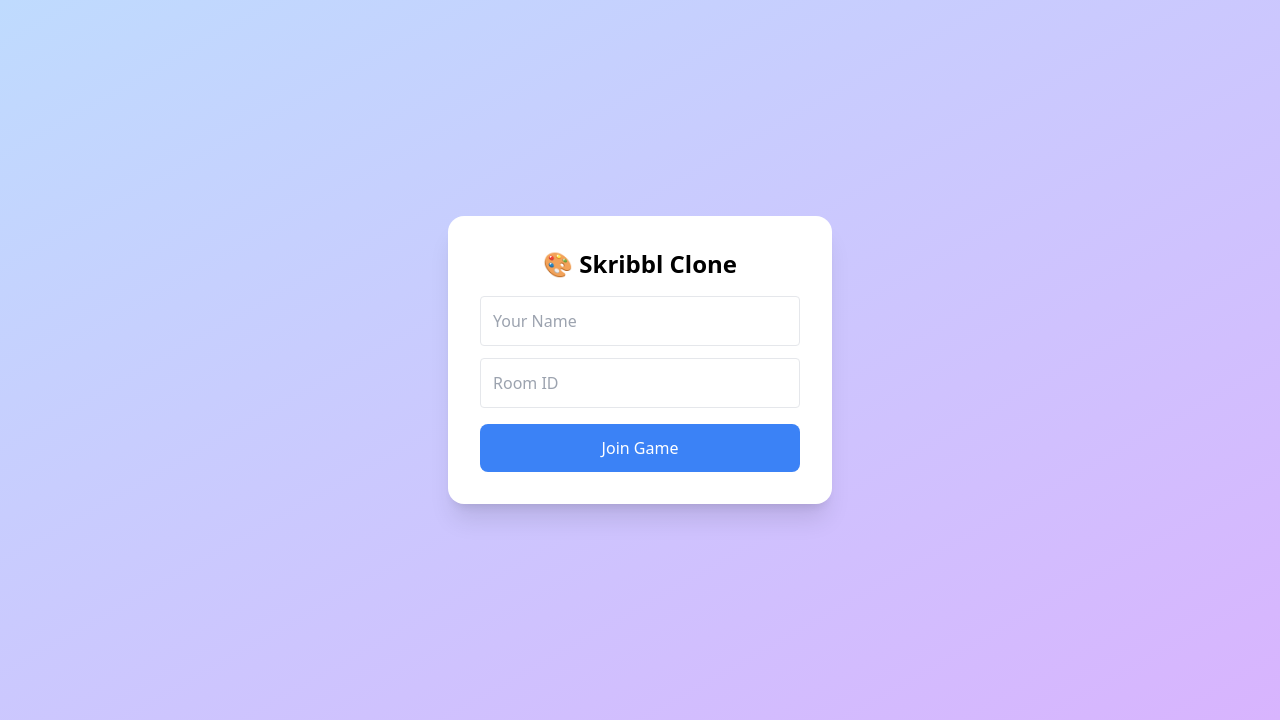
Repository: arpit-925/skibble.io
Page: / (app in client/)
An editor plug-in stored every save of this project. The page is shown before and after the next save, followed by the edit.
The browser window is 1280 px wide. The pictures show the whole page.
The page's requests for data from a server got no answer. The project was rebuilt for these pictures with package versions that can differ from the ones it lists, and the page was loaded fresh each time. No one was signed in, and anything a server would have sent is missing. Also part of the build but not shown: client/vite.config.js, client/src/components/Toolbar.jsx, client/src/components/Canvas.jsx, client/src/components/Chat.jsx, client/src/components/Scoreboard.jsx, client/src/components/Lobby.jsx, client/src/pages/Room.jsx, client/src/components/PlayerList.jsx.

Above is the page before, as saved 2026-04-14 10:23:00.

### client/index.html
<!doctype html>
<html lang="en">
  <head>
    <meta charset="UTF-8" />
    <link rel="icon" type="image/svg+xml" href="/favicon.svg" />
    <meta name="viewport" content="width=device-width, initial-scale=1.0" />
    <title>client</title>
  </head>
  <body>
    <div id="root"></div>
    <script type="module" src="/src/main.jsx"></script>
  </body>
</html>

### client/src/main.jsx
import React from "react";
import ReactDOM from "react-dom/client";
import App from "./App";
import "./index.css";

ReactDOM.createRoot(document.getElementById("root")).render(
  <App />
);

### client/src/App.jsx
import { BrowserRouter, Routes, Route } from "react-router-dom";
import Home from "./pages/Home";
import Room from "./pages/Room";

export default function App() {
  return (
    <BrowserRouter>
      <Routes>
        <Route path="/" element={<Home />} />
        <Route path="/room/:roomId" element={<Room />} />
      </Routes>
    </BrowserRouter>
  );
}

### client/src/pages/Home.jsx
import { useState } from "react";
import { useNavigate } from "react-router-dom";

export default function Home() {
  const [name, setName] = useState("");
  const [room, setRoom] = useState("");
  const navigate = useNavigate();

  const joinRoom = () => {
    if (!name || !room) return;
    navigate(`/room/${room}`, { state: { name } });
  };

  return (
    <div className="h-screen flex items-center justify-center bg-gradient-to-br from-blue-200 to-purple-300">
      <div className="bg-white p-8 rounded-2xl shadow-xl w-96 text-center">
        <h1 className="text-2xl font-bold mb-4">🎨 Skribbl Clone</h1>

        <input
          className="w-full p-3 border rounded mb-3"
          placeholder="Your Name"
          onChange={(e) => setName(e.target.value)}
        />

        <input
          className="w-full p-3 border rounded mb-4"
          placeholder="Room ID"
          onChange={(e) => setRoom(e.target.value)}
        />

        <button
          className="w-full bg-blue-500 text-white p-3 rounded-lg"
          onClick={joinRoom}
        >
          Join Game
        </button>
      </div>
    </div>
  );
}

### client/tailwind.config.js
export default {
  content: [
    "./index.html",
    "./src/**/*.{js,ts,jsx,tsx}",
  ],
  theme: {
    extend: {},
  },
  plugins: [],
};

### client/src/pages/Game.jsx
import { useEffect, useState } from "react";
import socket from "../socket/socket";
import useSocket from "../hooks/useSocket";

import Canvas from "../components/Canvas";
import Chat from "../components/Chat";
import PlayerList from "../components/PlayerList";

export default function Game() {
  const [joined, setJoined] = useState(false);
  const [name, setName] = useState("");
  const [roomId, setRoomId] = useState("");
  const [players, setPlayers] = useState([]);
  const [wordLength, setWordLength] = useState(0);

  // Join room
  const join = () => {
    socket.emit("join_room", { roomId, name });
    setJoined(true);
  };

  useSocket("player_list", ({ players }) => {
    setPlayers(players);
  });

  useSocket("word_length", (len) => {
    setWordLength(len);
  });

  // 🎮 BEFORE JOIN (same page)
  if (!joined) {
    return (
      <div className="h-screen flex items-center justify-center bg-gradient-to-br from-blue-200 to-purple-300">
        <div className="bg-white p-6 rounded-xl shadow w-80 text-center">
          <h1 className="text-xl font-bold mb-4">🎨 Skribbl Clone</h1>

          <input
            className="w-full p-2 border mb-2"
            placeholder="Name"
            onChange={(e) => setName(e.target.value)}
          />

          <input
            className="w-full p-2 border mb-3"
            placeholder="Room ID"
            onChange={(e) => setRoomId(e.target.value)}
          />

          <button
            onClick={join}
            className="w-full bg-blue-500 text-white p-2 rounded"
          >
            Join
          </button>
        </div>
      </div>
    );
  }

  // 🎮 GAME SCREEN
  return (
    <div className="h-screen flex flex-col bg-[#f0f2f5]">

      {/* TOP BAR */}
      <div className="bg-white shadow p-3 flex justify-center text-lg font-bold">
        Word: {"_ ".repeat(wordLength)}
      </div>

      <div className="flex flex-1">

        {/* CANVAS */}
        <div className="flex-1 flex justify-center items-center">
          <Canvas roomId={roomId} />
        </div>

        {/* SIDEBAR */}
        <div className="w-80 bg-white flex flex-col shadow-lg">
          <PlayerList players={players} />
          <Chat roomId={roomId} />
        </div>

      </div>
    </div>
  );
}

### client/src/socket/socket.js
import { io } from "socket.io-client";

const socket = io("https://skibble-io.onrender.com");

export default socket;

### client/src/hooks/useSocket.js
import { useEffect, useRef } from "react";
import socket from "../socket/socket";

export default function useSocket(event, handler) {
  const savedHandler = useRef();

  useEffect(() => {
    savedHandler.current = handler;
  }, [handler]);

  useEffect(() => {
    const listener = (data) => {
      savedHandler.current?.(data);
    };

    socket.on(event, listener);
    return () => socket.off(event, listener);
  }, [event]);
}

Loaded but not shown: client/src/index.css (common file)

After the next save:
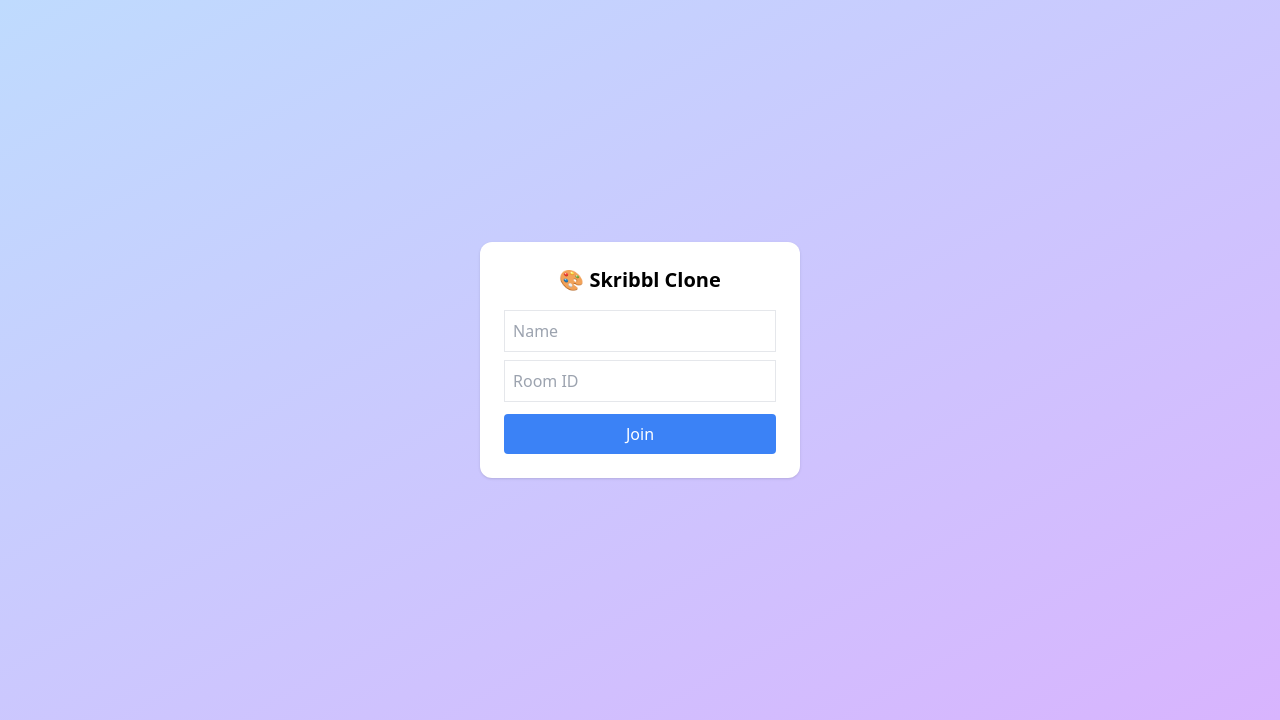
Saved 51 s later.
--- a/client/src/App.jsx
+++ b/client/src/App.jsx
@@ -1,14 +1,5 @@
-import { BrowserRouter, Routes, Route } from "react-router-dom";
-import Home from "./pages/Home";
-import Room from "./pages/Room";
+import Game from "./pages/Game";
 
 export default function App() {
-  return (
-    <BrowserRouter>
-      <Routes>
-        <Route path="/" element={<Home />} />
-        <Route path="/room/:roomId" element={<Room />} />
-      </Routes>
-    </BrowserRouter>
-  );
+  return <Game />;
 }
